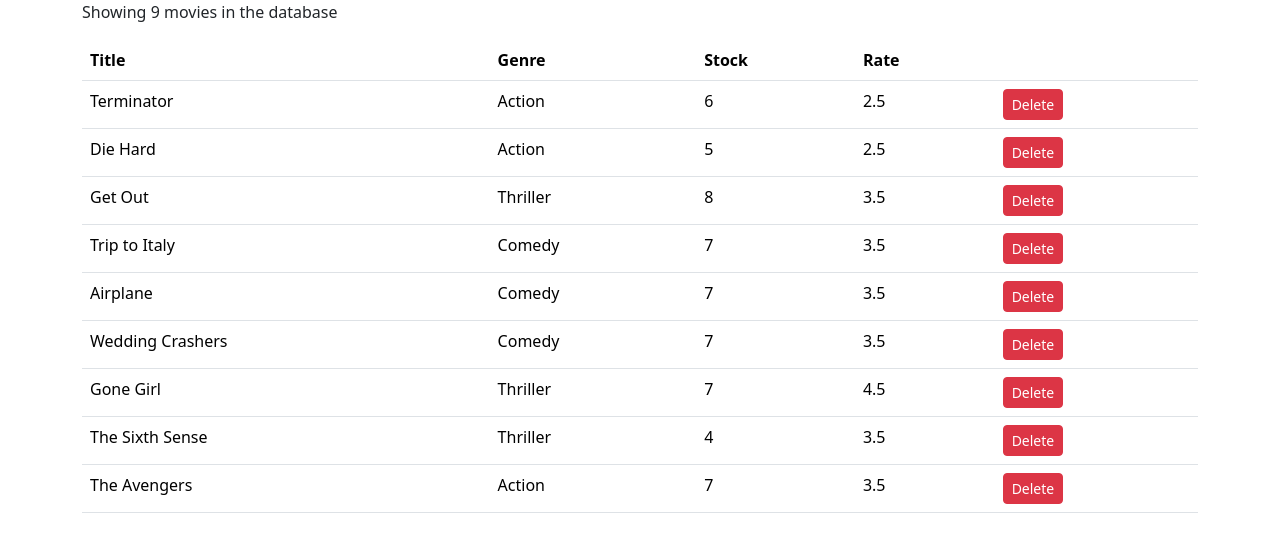
Repository: Edes2128/MovieTable-pagination-filter-sorting-in-React
Page: /
An editor plug-in stored every save of this project. The page is shown before and after a run of saves, followed by the edit.
The browser window is 1280 px wide. The pictures show the whole page.
The project was rebuilt for these pictures with package versions that can differ from the ones it lists, and the page was loaded fresh each time.

Above is the page before, as saved 2020-06-16 12:39:00.

After the next 7 saves:
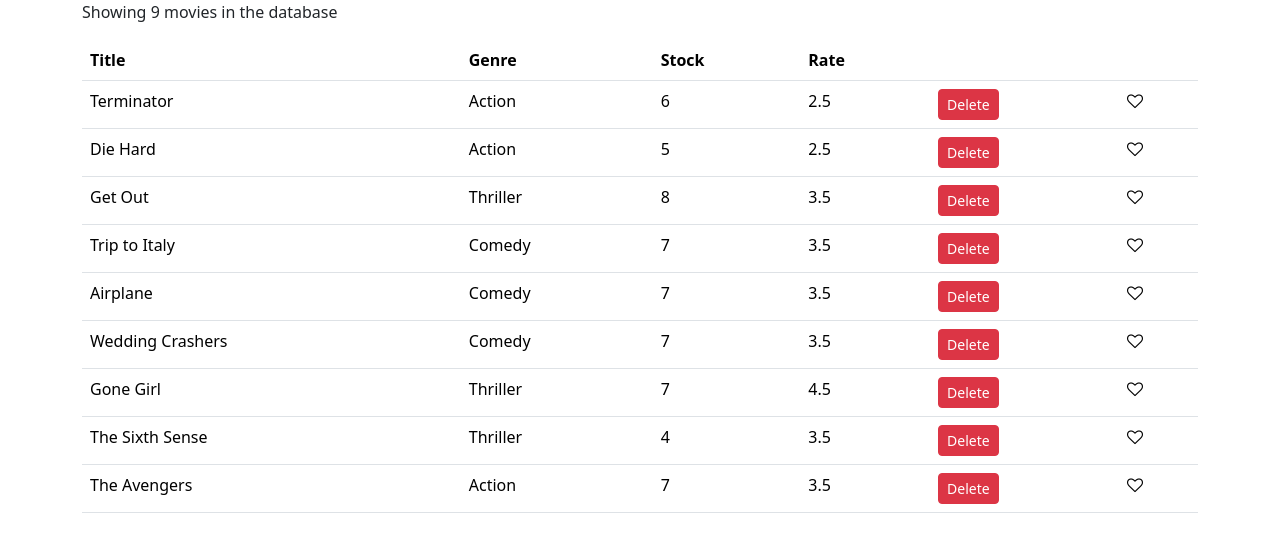
The 7 saves are shown as one change because they came seconds apart.
The last was saved 19 s later.
--- a/src/components/movies.jsx
+++ b/src/components/movies.jsx
@@ -24,6 +24,7 @@ class Movies extends Component {
                         <th>Stock</th>
                         <th>Rate</th>
                         <th></th>
+                        <th></th>
                     </tr>
                 </thead>
                 <tbody>
@@ -35,6 +36,7 @@ class Movies extends Component {
                     <td >{movie.numberInStock}</td>
                     <td>{movie.dailyRentalRate}</td>
                     <td><button onClick={() => this.handleDelete(movie)} className="btn btn-danger btn-sm">Delete</button></td>
+                    <td><Likes/></td>
                     </tr>
                     )}
                 </tbody>
